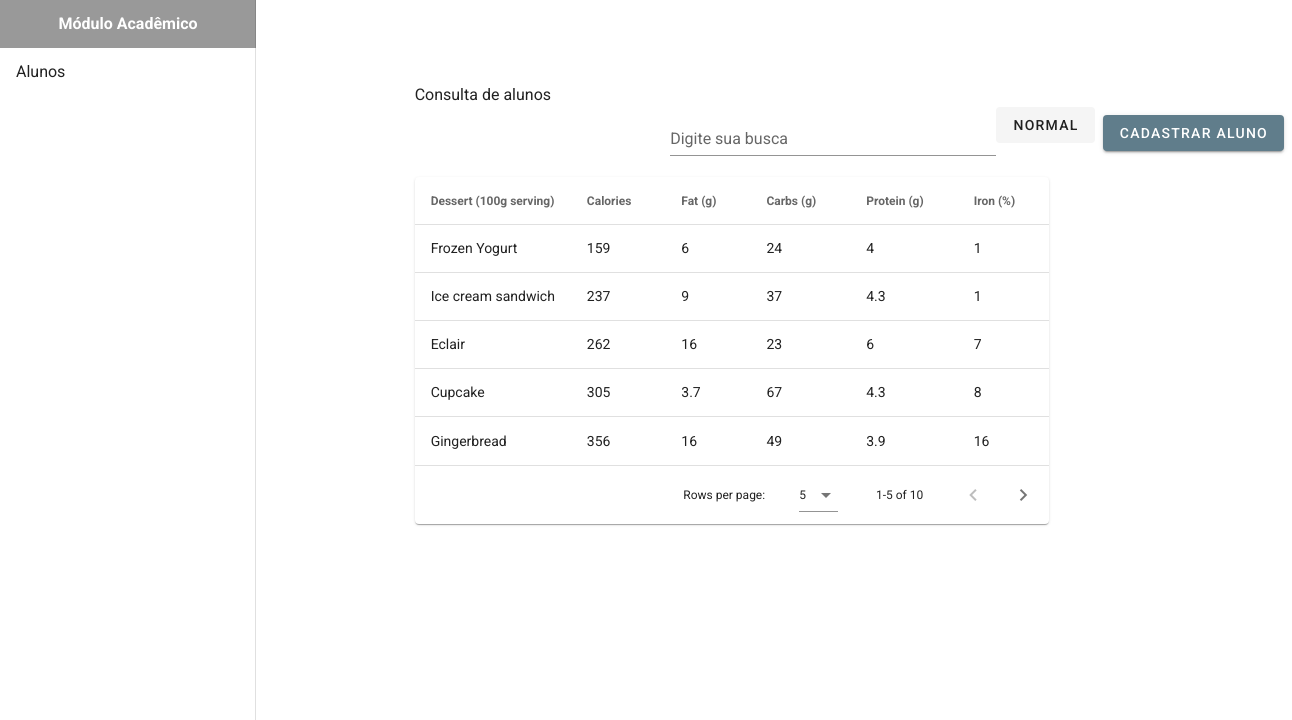
Repository: sergiohidekiono/vue-student
Page: /
These files come from the project's save history. The page is drawn as it stood at one moment and after the next save; the edit follows.
The browser window is 1280 px wide. The page is 1292 px wide, so the pictures cover 1292 px, including what lies to the right of the window. The pictures show the whole page.
The project was rebuilt for these pictures with package versions that can differ from the ones it lists, and the page was loaded fresh each time. Also part of the build but not shown: vue.config.js.

Above is the page before, as saved 2024-08-07 10:04:14.

After the next save:
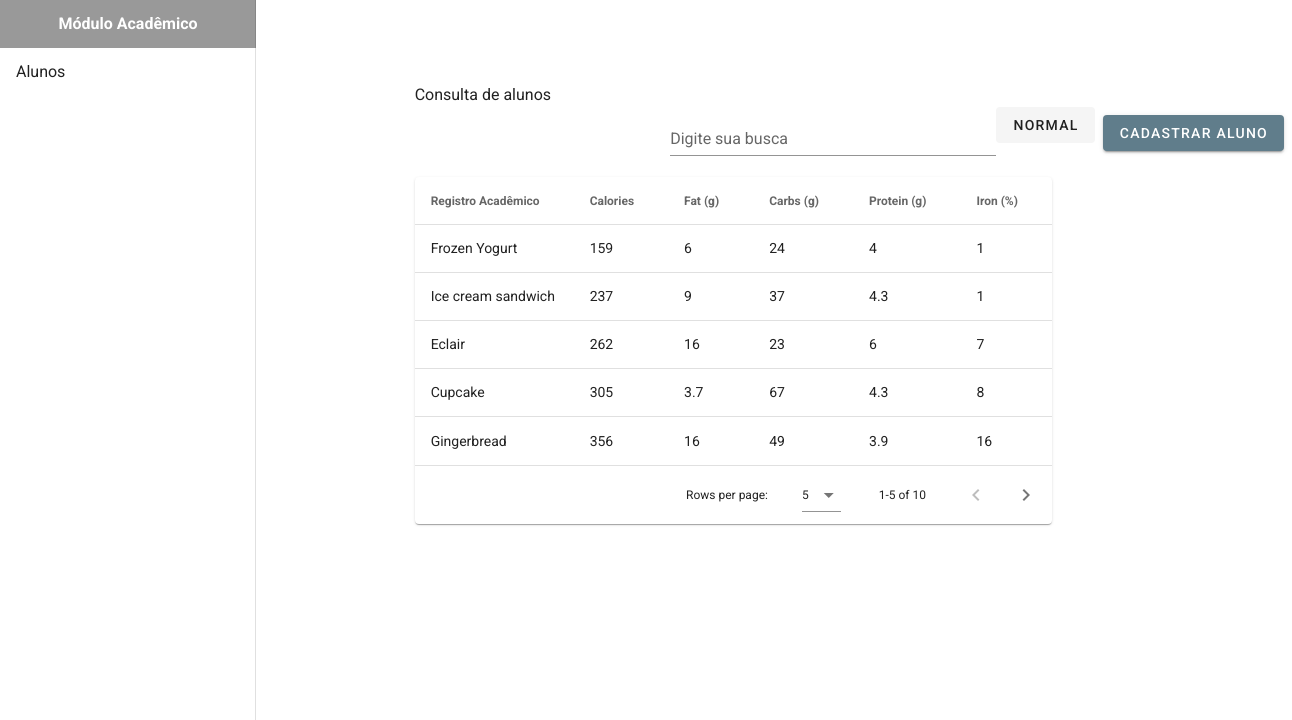
Saved 61 s later.
--- a/src/components/student-list.vue
+++ b/src/components/student-list.vue
@@ -55,9 +55,7 @@ export default {
         return {
             headers: [
                 {
-                    text: 'Dessert (100g serving)',
-                    align: 'start',
-                    sortable: false,
+                    text: 'Registro Acadêmico',
                     value: 'name',
                 },
                 { text: 'Calories', value: 'calories' },
